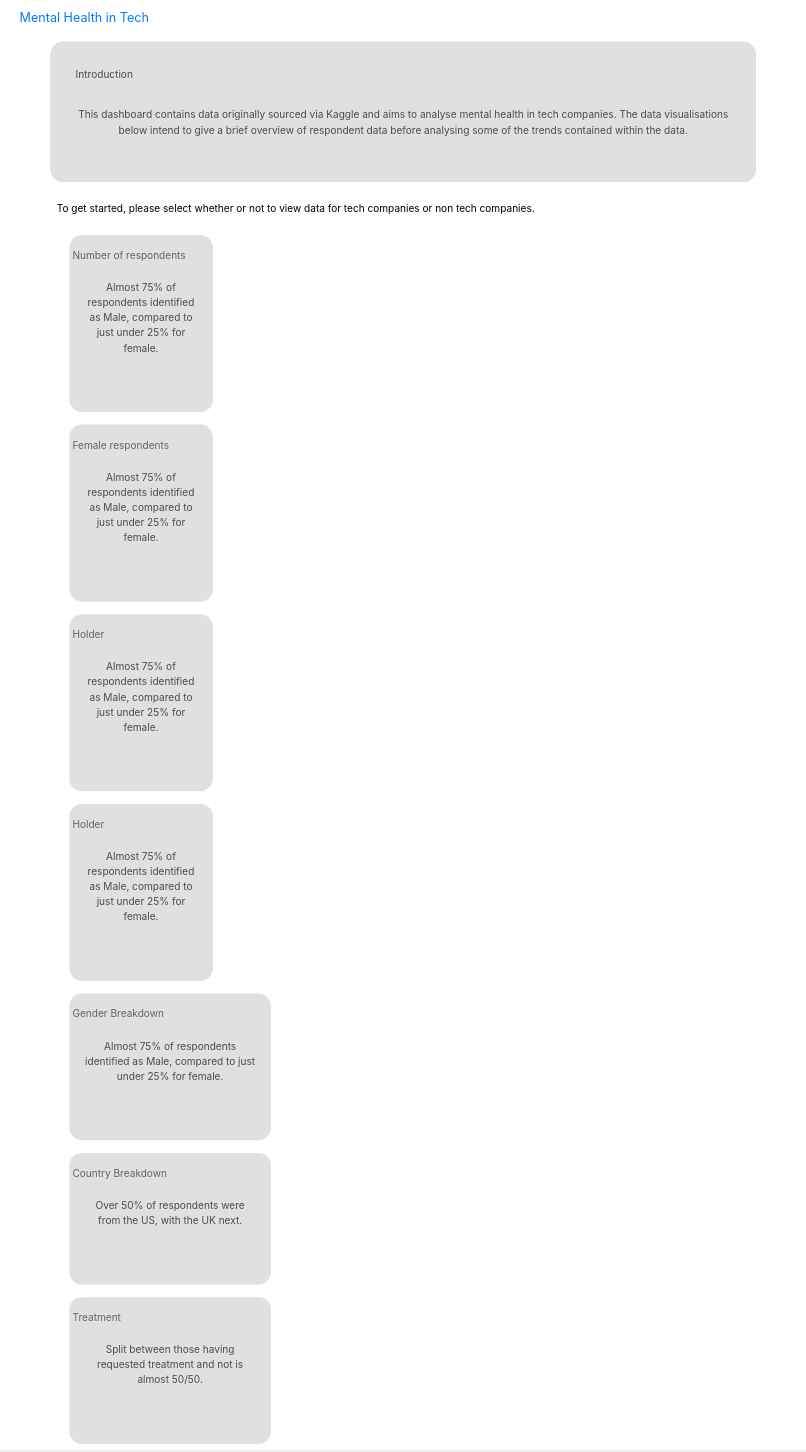
Repository: martingr1/mhdashboard
Page: index.html
The author's editor kept a record of every edit. The page is drawn from the files as they stood at one moment, then again after the next edit.
The browser window is 1280 px wide. The pictures show the whole page, at 63% of full size.
Some web libraries are served in a nearby version.

Above is the page before.
Console error: SyntaxError: Unexpected end of input

### index.html
<html>

<head>

    <meta charset="UTF-8">
    <meta name="viewport" content="width=device-width, initial-scale=1.0">
    <meta http-equiv="X-UA-Compatible" content="ie=edge">
    <title>Mental Health in Tech</title>

    <link rel="stylesheet" href="static/css/bootstrap.min.css" type="text/css" />
    <link rel="stylesheet" href="static/css/dc.min.css" type="text/css" />
    <link rel="stylesheet" type="text/css" href="https://maxcdn.bootstrapcdn.com/font-awesome/4.7.0/css/font-awesome.min.css">
    <link rel="stylesheet" href="static/css/style.css" type="text/css" />


    <script type="text/javascript" src="static/js/d3.min.js"></script>
    <script type="text/javascript" src="static/js/crossfilter.min.js"></script>
    <script type="text/javascript" src="static/js/dc.min.js"></script>
    <script type="text/javascript" src="static/js/queue.min.js"></script>
    <script type="text/javascript" src="static/js/graph.js"></script>

</head>

<body class="background-image">

    <nav class="navbar navbar-default">
        <div class="container-fluid">
            <div class="navbar-header">
                <a class="navbar-brand" href="#">Mental Health in Tech</a>
            </div>
        </div>
    </nav>

    <section class="section container">
        <div class="row">
            <article class="article col-lg-12">
                <div class="row text-center">
                    <div class="row intro-box">
                        <div class="row text-center chart-text">Introduction</div>
                        <hr class="line">
                        <div class="row text-center">
                            <p class="chart-text">This dashboard contains data originally sourced via Kaggle and aims to analyse mental health in tech companies. The data visualisations below intend to give a brief overview of respondent data before analysing some of the trends
                                contained within the data. </p>
                        </div>
                        <hr class="line">
                    </div <div class="chart" id="select_company">
                    <p class="chart-text">To get started, please select whether or not to view data for tech companies or non tech companies.</p>
                </div>
            </article>
        </div>

        <article class="article col-xs-12 col-sm-6 col-lg-3">
            <div class="row no-gutters text-center">
                <div class="row content-box">
                    <div class="row">
                        <div class="text-center">Number of respondents</div>
                        <hr class="line">
                        <div>
                            <p class="chart-text">Almost 75% of respondents identified as Male, compared to just under 25% for female.</p>
                        </div>
                        <div class="row">
                            <div class="chart" id=" "></div>
                        </div>
                    </div>
                </div>
            </div>
        </article>

        <article class="article col-xs-12 col-sm-6 col-lg-3">
            <div class="row no-gutters text-center">
                <div class="row content-box">
                    <div class="row">
                        <div class="text-center">Female respondents</div>
                        <hr class="line">
                        <div>
                            <p class="chart-text">Almost 75% of respondents identified as Male, compared to just under 25% for female.</p>
                        </div>
                        <div class="row">
                            <div class="chart" id="average_age"></div>
                        </div>
                    </div>
                </div>
            </div>
        </article>

        <article class="article col-xs-12 col-sm-6 col-lg-3">
            <div class="row no-gutters text-center">
                <div class="row content-box">
                    <div class="row">
                        <div class="text-center">Holder</div>
                        <hr class="line">
                        <div>
                            <p class="chart-text">Almost 75% of respondents identified as Male, compared to just under 25% for female.</p>
                        </div>
                        <div class="row">
                            <div class="chart" id=" "></div>
                        </div>
                    </div>
                </div>
            </div>
        </article>

        <article class="article col-xs-12 col-sm-6 col-lg-3">
            <div class="row no-gutters text-center">
                <div class="row content-box">
                    <div class="row">
                        <div class="text-center">Holder</div>
                        <hr class="line">
                        <div>
                            <p class="chart-text">Almost 75% of respondents identified as Male, compared to just under 25% for female.</p>
                        </div>
                        <div class="row">
                            <div class="chart" id=" "></div>
                        </div>
                    </div>
                </div>
            </div>
        </article>

        <article class="article col-xs-12 col-sm-6 col-lg-4">
            <div class="row no-gutters text-center">
                <div class="row content-box">
                    <div class="row">
                        <div class="text-center">Gender Breakdown</div>
                        <hr class="line">
                        <div>
                            <p class="chart-text">Almost 75% of respondents identified as Male, compared to just under 25% for female.</p>
                        </div>
                        <div class="row">
                            <div class="chart" id="gender_breakdown"></div>
                        </div>
                    </div>
                </div>
            </div>
        </article>

        <article class="article col-xs-12 col-sm-6 col-lg-4">
            <div class="row no-gutters text-center">
                <div class="row content-box">
                    <div class="row">
                        <div class="text-center">Country Breakdown</div>
                        <hr class="line">
                        <div>
                            <p class="chart-text">Over 50% of respondents were from the US, with the UK next.</p>
                        </div>
                        <div class="row">
                            <div class="chart" id="country_breakdown"></div>
                        </div>
                    </div>
                </div>
        </article>

        <article class="article col-xs-12 col-sm-6 col-lg-4">
            <div class="row no-gutters text-center">
                <div class="row content-box">
                    <div class="row">
                        <div class="text-center">Treatment</div>
                        <hr class="line">
                        <div>
                            <p class="chart-text">Split between those having requested treatment and not is almost 50/50.</p>
                        </div>
                        <div class="row">
                            <div class="chart" id="treatment_chart"></div>
                        </div>
                    </div>
                </div>
        </article>
    </section>

    <div class="card" id="average_age"></div>


    <script src="https://code.jquery.com/jquery-3.2.1.js" integrity="sha256-DZAnKJ/6XZ9si04Hgrsxu/8s717jcIzLy3oi35EouyE=" crossorigin="anonymous"></script>

</body>

</html>

### static/css/style.css
/*.background-image {
	background-image: url("static/images/clouds_sunset_sky_119785_3840x2400.jpg");
	background-position: center center;
} */

.intro-box {
	box-sizing: border-box;
	border-radius: 20px;
	background-color: #D3D3D3;
	opacity: 0.7;
	margin: 10px;
	padding: 20px;
	height: auto;
}

.content-box {
	box-sizing: border-box;
	border-radius: 20px;
	background-color: #D3D3D3;
	opacity: 0.7;
	margin: 10px;
	padding: 20px;
	max-width: 100%;
	height: auto;
}

.chart {
    margin: 0 auto;
    padding: 25px;
    display: inline-block;

}
.chart-text {
	font-size: medium;
	color: black;
	margin: 10px;
	padding: 10px;
}

.line {
	margin: 15px auto 15px;
	color: #FFFFFF;
	max-width: 75%;
}

### static/js/graph.js
queue()
    .defer(d3.csv, "data/mhsurvey.csv")
    .await(makeGraphs);

function makeGraphs(error, healthData) {

    var ndx = crossfilter(healthData);

    healthData.forEach(function(d) {
        d.date = parseInt(d.date);
        d.age = parseInt(d.age);
    })

    show_average_age(ndx);
    show_average_age_gender(ndx);

    show_select_company(ndx);
    show_gender_breakdown(ndx);
    show_country_breakdown(ndx);
    show_treatment_levels(ndx);


    dc.renderAll();
}

function show_select_company(ndx) {
    var dim = ndx.dimension(dc.pluck("techcompany"));
    var group = dim.group();

    dc.selectMenu("#select_company")
        .dimension(dim)
        .group(group);
}

function show_gender_breakdown(ndx) {

    var dim = ndx.dimension(dc.pluck("gender"));
    var group = dim.group();

    dc.pieChart('#gender_breakdown')
        .height(200)
        .radius(480)
        .transitionDuration(500)
        .dimension(dim)
        .group(group);
}

function show_country_breakdown(ndx) {

    var dim = ndx.dimension(dc.pluck("country"));
    var group = dim.group();

    dc.pieChart('#country_breakdown')
        .height(200)
        .radius(480)
        .transitionDuration(500)
        .dimension(dim)
        .group(group);
}

function show_treatment_levels(ndx) {

    var dim = ndx.dimension(dc.pluck("treatment"));
    var group = dim.group();

    dc.barChart('#treatment_chart')
        .width(300)
        .height(200)
        .margins({ top: 10, right: 50, bottom: 30, left: 25 })
        .dimension(dim)
        .group(group)
        .x(d3.scale.ordinal())
        .xUnits(dc.units.ordinal)
}

function show_average_age(ndx) {
    var dim = ndx.dimension(dc.pluck('gender'));

    function add_item(p, v) {
        p.count++;
        p.total += v.age;
        p.average = p.total / p.count;
        return p;
    }

    function remove_item(p, v) {
        p.count--;
        if (p.count == 0) {
            p.total = 0;
            p.average = 0;
        }
        else {
            p.total -= v.age;
            p.average = p.total / p.count;
        }
        return p;
    }

    function initialise() {
        return { count: 0, total: 0, average: 0 };
    }

    var averageAgeByGender = dim.group().reduce(add_item, remove_item, initialise);
    dc.barChart("#average_age")
        .width(400)
        .height(300)
        .margins({ top: 10, right: 50, bottom: 30, left: 50 })
        .dimension(dim)
        .group(averageAgeByGender)
        .valueAccessor(function(d) {
            return d.value.average.toFixed(2);
        })
        .transitionDuration(500)
        .x(d3.scale.ordinal())
        .xUnits(dc.units.ordinal)
        .elasticY(true)
        .xAxisLabel("Gender")
        .yAxis().ticks(4);
}

function show_average_age_gender(ndx) {

    var average_age =

Loaded but not shown: static/css/bootstrap.min.css (library); static/css/dc.min.css (library); static/js/d3.min.js (library); static/js/crossfilter.min.js (library); static/js/dc.min.js (library); static/js/queue.min.js (common file)

After the next edit:
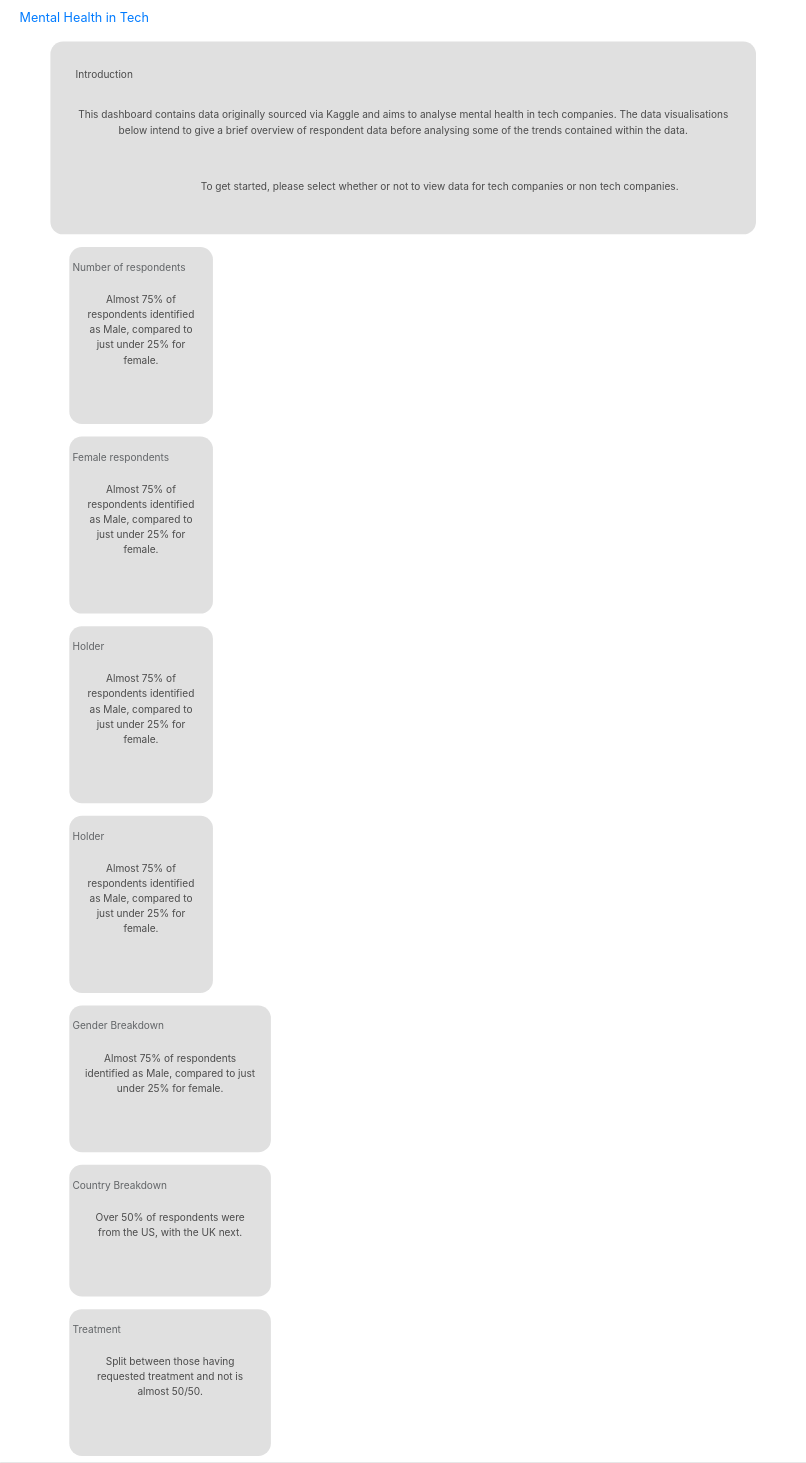
The edit:
--- a/index.html
+++ b/index.html
@@ -43,7 +43,7 @@
                                 contained within the data. </p>
                         </div>
                         <hr class="line">
-                    </div <div class="chart" id="select_company">
+                    <div class="chart" id="select_company">
                     <p class="chart-text">To get started, please select whether or not to view data for tech companies or non tech companies.</p>
                 </div>
             </article>
